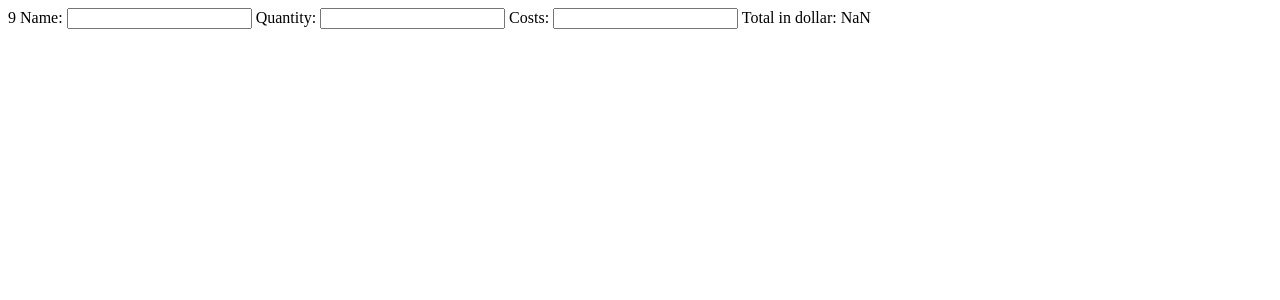
Repository: aneishkumar/Workspace2
Page: workspaceangularjs/angularjsdemo/WebContent/angularjsdemo.html
The author's editor kept a copy of each file at every save. The page is drawn from the files as they stood at one save, then again after the next save.
The browser window is 1280 px wide. The pictures show the whole page.
Some web libraries are served in a nearby version.

Above is the page before, as saved 2018-02-02 10:57:16.

### workspaceangularjs/angularjsdemo/WebContent/angularjsdemo.html
<!DOCTYPE html>
<html>
<head>
<meta charset="ISO-8859-1">
<title>Insert title here</title>
</head>
<body ng-app>
{{4+5}}
Name: <input ng-model="name">
{{name}}

Quantity: <input type="number" ng-model="quantity">
Costs:    <input type="number" ng-model="price">

Total in dollar: {{ quantity * price }}



</body>
<script src="https://ajax.googleapis.com/ajax/libs/angularjs/1.6.4/angular.min.js"></script>

</html>

After the next save:
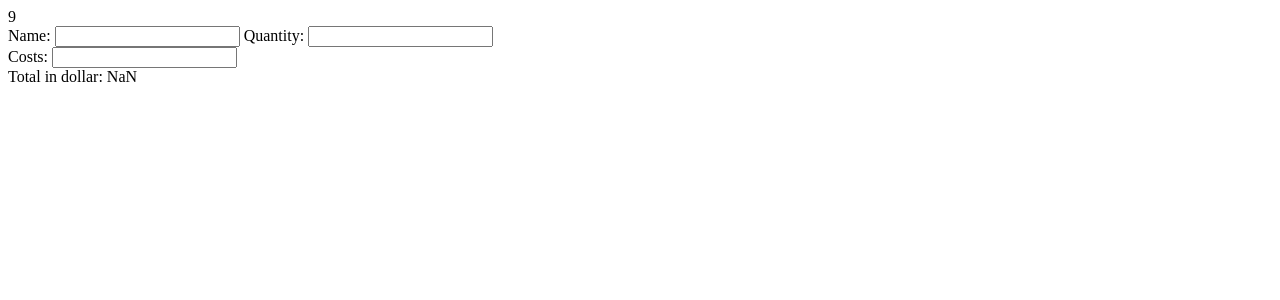
Saved 37 s later.
--- a/workspaceangularjs/angularjsdemo/WebContent/angularjsdemo.html
+++ b/workspaceangularjs/angularjsdemo/WebContent/angularjsdemo.html
@@ -5,14 +5,14 @@
 <title>Insert title here</title>
 </head>
 <body ng-app>
-{{4+5}}
+{{4+5}}<br>
 Name: <input ng-model="name">
 {{name}}
 
-Quantity: <input type="number" ng-model="quantity">
-Costs:    <input type="number" ng-model="price">
+Quantity: <input type="number" ng-model="quantity"><br>
+Costs:    <input type="number" ng-model="price"><br>
 
-Total in dollar: {{ quantity * price }}
+Total in dollar: {{ quantity * price }}<br>
 
 
 
